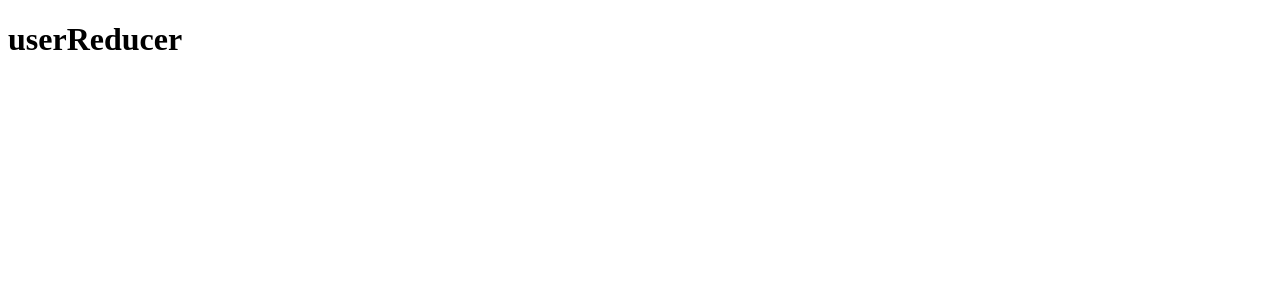
Repository: hungtuan/reactjs-k4-fullstack
Page: / (app in react-04/)
An editor plug-in stored every save of this project. The page is shown before and after the next save, followed by the edit.
The browser window is 1280 px wide. The pictures show the whole page.
The project was rebuilt for these pictures with package versions that can differ from the ones it lists, and the page was loaded fresh each time. Also part of the build but not shown: react-04/vite.config.js.

Above is the page before, as saved 2023-11-15 15:27:28.

After the next save:
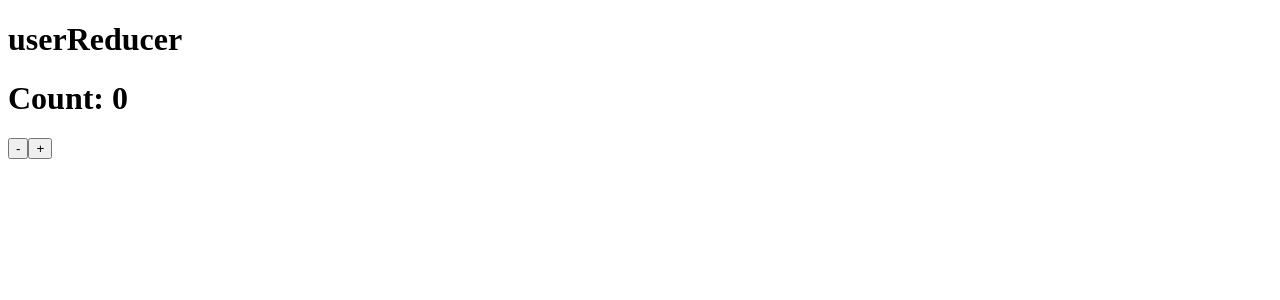
Saved 40 s later.
--- a/react-04/src/App.jsx
+++ b/react-04/src/App.jsx
@@ -7,6 +7,10 @@
   return (
     <div>
       <h1>userReducer</h1>
+      <h1>Count: 0</h1>
+
+      <button onClick={handleDecrement}>-</button>
+      <button onClick={handleIncrement}>+</button>
     </div>
   );
 };
